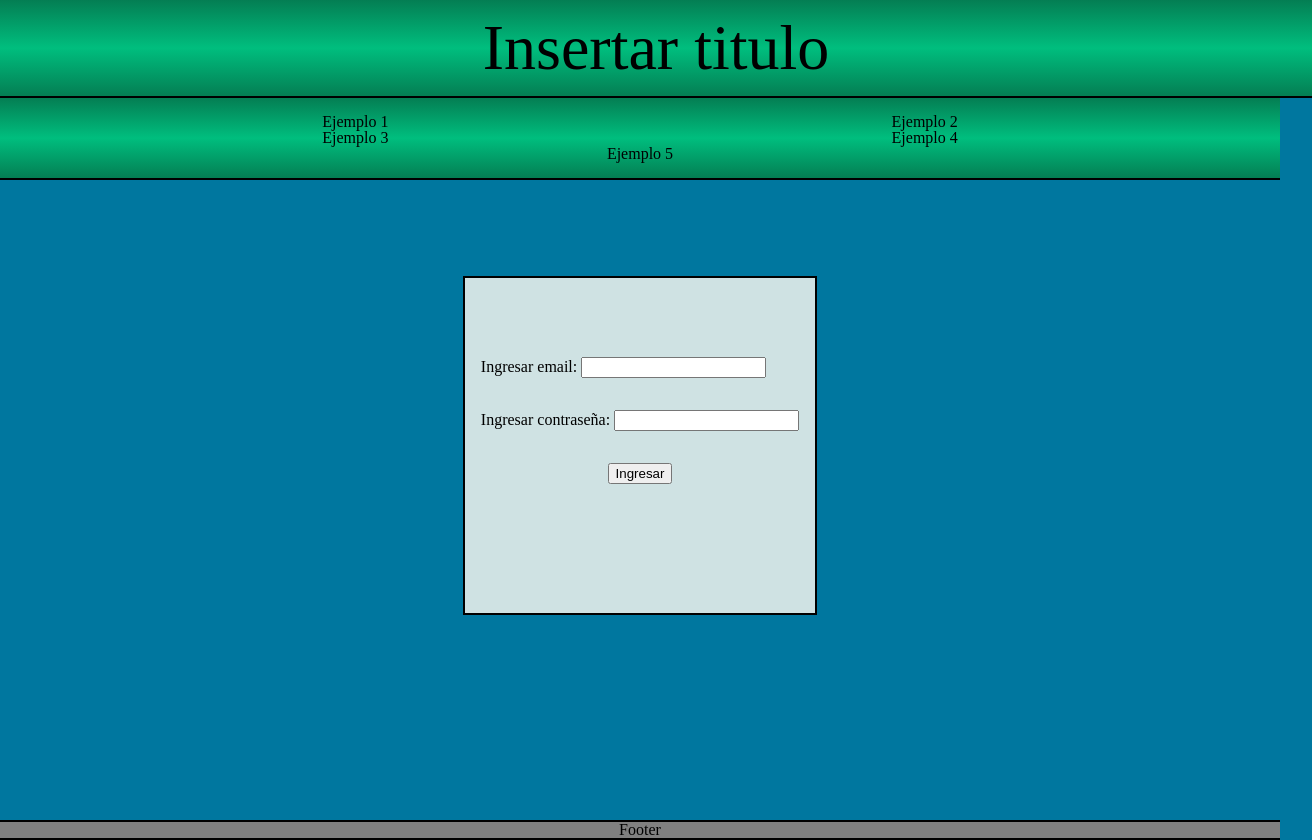
Repository: FacundoKinderknecht/Parcial-2-LPPA
Page: login/login.html
These files come from the project's save history. The page is drawn as it stood at one moment and after the next save; the edit follows.
The browser window is 1280 px wide. The page is 1312 px wide, so the pictures cover 1312 px, including what lies to the right of the window. The pictures show the whole page.

Above is the page before, as saved 2022-07-06 10:45:21.

### login/login.html
<!DOCTYPE html>
<html lang="en">
<head>
    <meta charset="UTF-8">
    <meta http-equiv="X-UA-Compatible" content="IE=edge">
    <meta name="viewport" content="width=device-width, initial-scale=1.0">
    <title>Document</title>
    <link rel="stylesheet" href="/reset.css">
    <link rel="stylesheet" href="/login/login.css">
    <script src="/login/login.js"></script>
</head>
<body>
    <header>
        <h1>Insertar titulo</h1>
    </header>
    <nav>
        <li>
            <a href="#">Ejemplo 1</a>
            <a href="#">Ejemplo 2</a>
            <a href="#">Ejemplo 3</a>
            <a href="#">Ejemplo 4</a>
            <a href="#">Ejemplo 5</a>
        </li>
    </nav>
    <main>
        <form>
            <div class="email">
                <label for="email">Ingresar email:</label>
                <input type="text" name="email" id="email">
            </div>
            <div class="contraseña">
                <label for="contraseña">Ingresar contraseña:</label>
                <input type="password" name="contraseña" id="contraseña">
            </div>
            <div class="boton">
                <input type="submit" value="Ingresar">
            </div>
        </form>
    </main>
    <footer>
        <p>Footer</p>
    </footer>
</body>
</html>

### login/login.css
header{
    width: 100%;
    border-bottom: black 2px solid;
    padding: 1rem;
    font-size: 400%;
    background: linear-gradient(to top, rgb(4, 126, 83), rgb(0, 190, 126), rgb(4, 126, 83));
}
nav{
    display: inline;
    text-decoration: none;
}
li{
    padding: 1rem;
    background: linear-gradient(to top, rgb(4, 126, 83), rgb(0, 190, 126), rgb(4, 126, 83));
    text-decoration: none;
    list-style: none;
    color: black;
    border-bottom: black 2px solid;
}
a{
    display: inline-block;
    text-decoration: none;
    color: black;
    padding: 0% 20%;
}
body{
    background-color: rgb(0, 119, 159);
    height: 100%;
    align-items: center;
    text-align: center;
    margin: 0;
}
main{
    display: inline-block;
    width: 70%;
    padding-top: 6rem;
    height: 34rem;
}
form{
    display: inline-block;
    background-color: rgb(207, 226, 227);  border: black solid 2px;
    padding-top: 7%;
    height: 50%;
    align-items: center;
    text-align: center;
}
div{
    text-align: left;
    align-items:left;
    padding: 1rem;
}
.boton{
    text-align: center;
}
footer{
    border-top: 2px solid black;
    border-bottom: 2px solid black;
    background-color: grey;
    bottom: 0;
    width: 100%;
}

Loaded but not shown: reset.css (common file); login/login.js (no stored copy; drawn as an empty file)

After the next save:
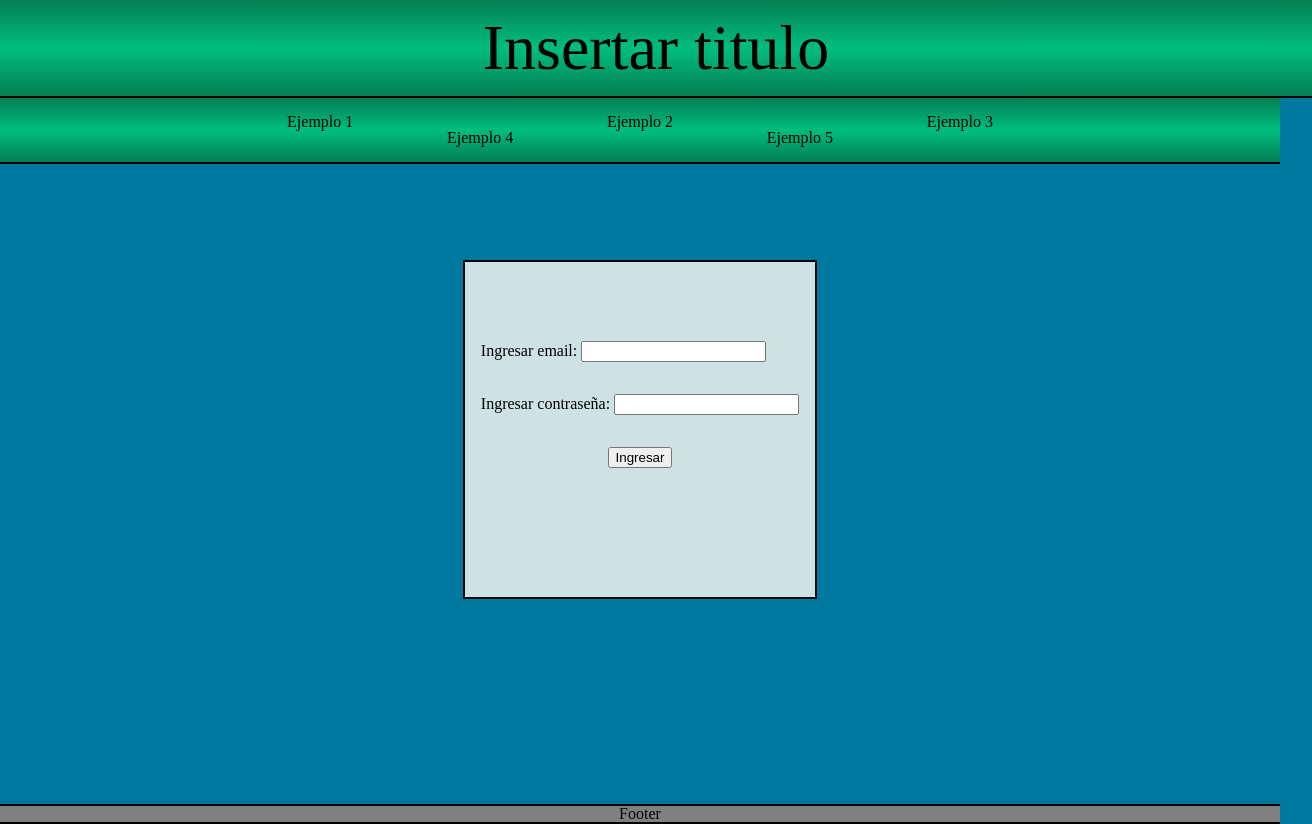
Saved 8 s later.
--- a/login/login.css
+++ b/login/login.css
@@ -21,7 +21,7 @@ a{
     display: inline-block;
     text-decoration: none;
     color: black;
-    padding: 0% 20%;
+    padding: 0% 10%;
 }
 body{
     background-color: rgb(0, 119, 159);
